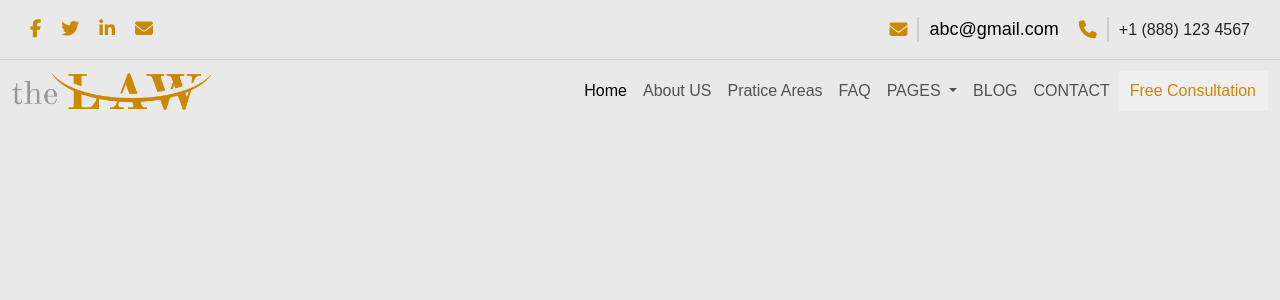
Repository: arehmanraza/lawyer_website
Page: Pages/index.html
The author's editor kept a copy of each file at every save. The page is drawn from the files as they stood at one save, then again after a run of saves.
The browser window is 1280 px wide. The pictures show the whole page.
Some web libraries are served in a nearby version.

Above is the page before, as saved 2024-05-22 01:49:54.

After the next 2 saves:
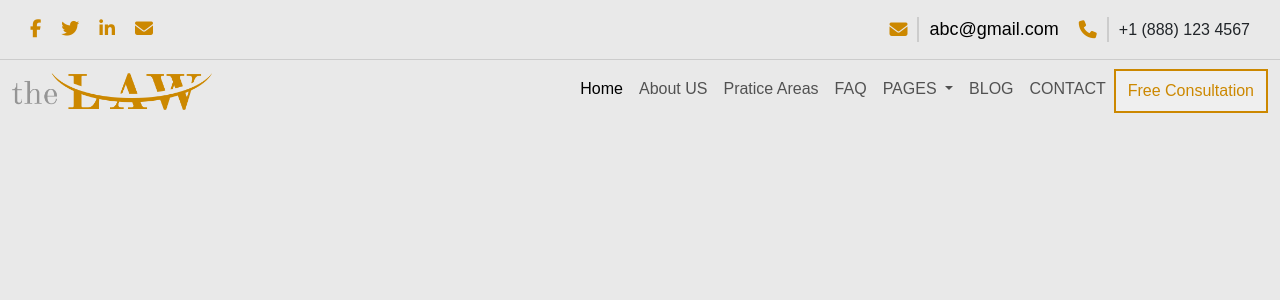
The 2 saves are shown as one change because they came seconds apart.
The last was saved 10 s later.
--- a/Styling/style.css
+++ b/Styling/style.css
@@ -72,5 +72,5 @@
     padding: 8px 12px;
     border: none;
     color: #cc8800;
-    border
+    border: 2px solid #cc8800;
 }
